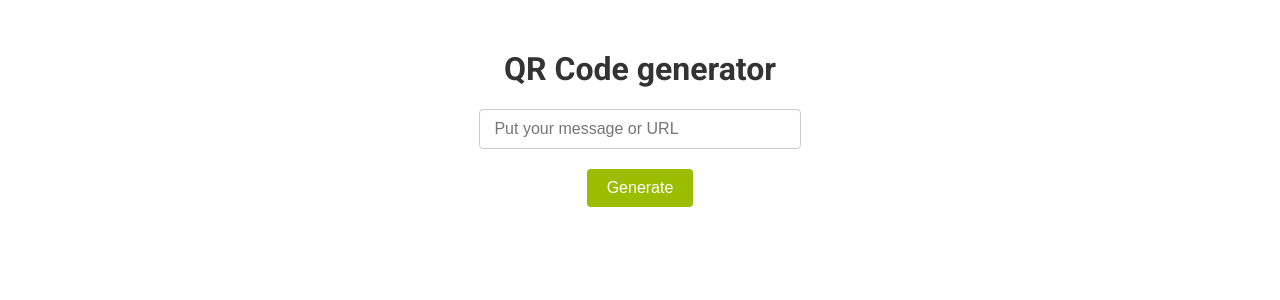
Repository: lenx0/QRCode-generator
Page: /
The author's editor kept a copy of each file at every save. The page is drawn from the files as they stood at one save, then again after the next save.
The browser window is 1280 px wide. The pictures show the whole page.
The project was rebuilt for these pictures with package versions that can differ from the ones it lists, and the page was loaded fresh each time. Also part of the build but not shown: vite.config.ts.

Above is the page before, as saved 2024-06-21 12:47:31.

After the next save:
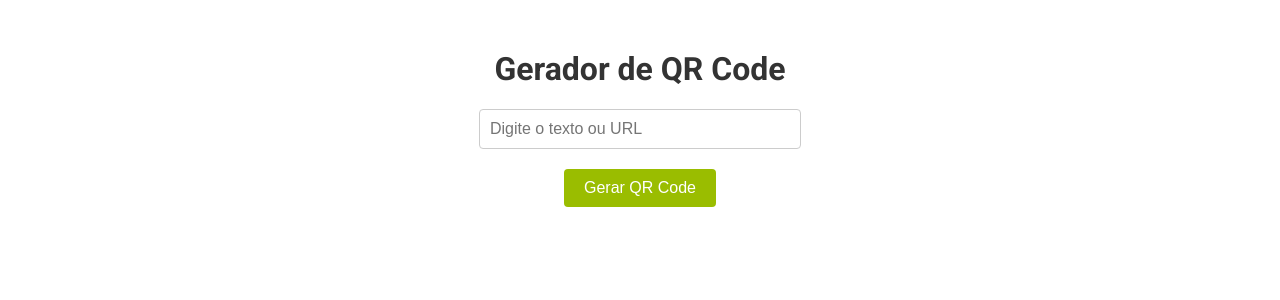
Saved 104 s later.
--- a/src/QRCode.tsx
+++ b/src/QRCode.tsx
@@ -15,17 +15,17 @@ const QRCodeGenerator: React.FC = () => {
 
   return (
     <div style={{ textAlign: 'center', marginTop: '50px' }}>
-      <h1>QR Code generator</h1>
+      <h1>Gerador de QR Code</h1>
       <input
         type="text"
         value={inputText}
         onChange={handleChange}
-        placeholder=" Put your message or URL"
+        placeholder="Digite o texto ou URL"
         style={{ padding: '10px', width: '300px', marginBottom: '20px' }}
       />
       <br />
       <button onClick={generateQRCode} style={{ padding: '10px 20px', cursor: 'pointer' }}>
-        Generate
+        Gerar QR Code
       </button>
       <div style={{ marginTop: '30px' }}>
         {qrCodeValue && <QRCode value={qrCodeValue} />}
